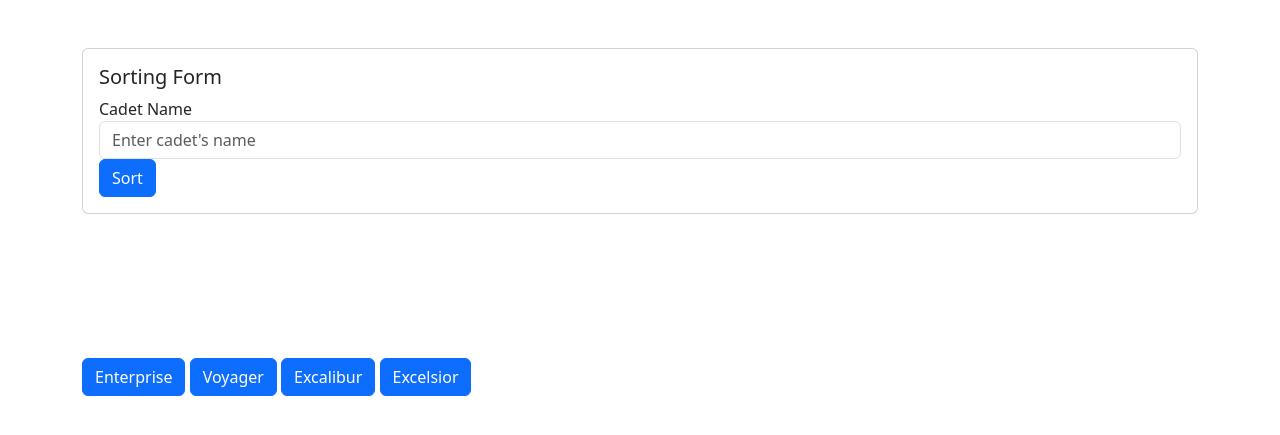
Repository: PaulPatterson48/ASSIGNMENT-StarFleet_academy
Page: index.html
The author's editor kept a copy of each file at every save. The page is drawn from the files as they stood at one save, then again after the next save.
The browser window is 1280 px wide. The pictures show the whole page.
After loading, the first visible `#startSortingBtn` was clicked once.

Above is the page before, as saved 2023-08-07 02:44:17.

After the next save:
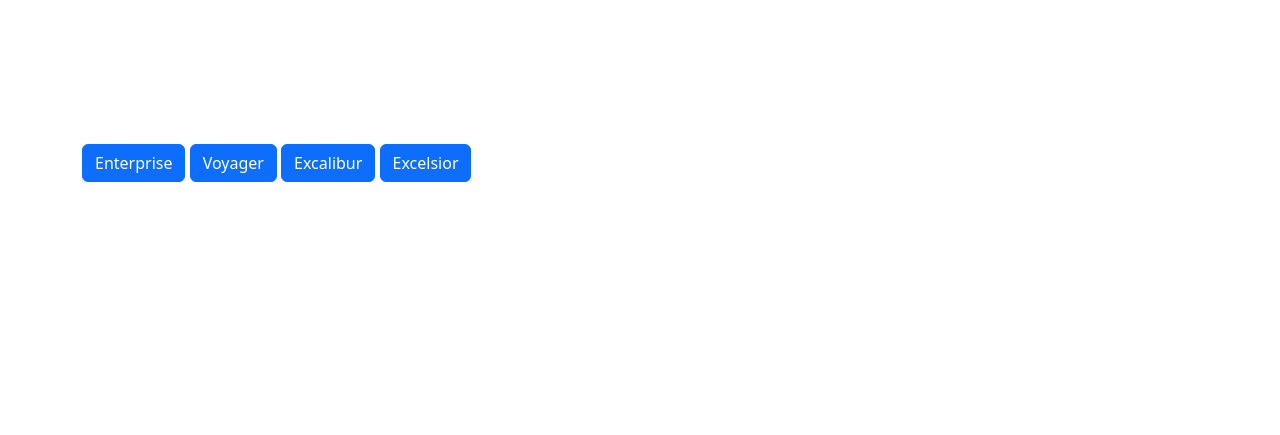
Console error: ReferenceError: container is not defined
Saved 5 min 9 s later.
--- a/main.js
+++ b/main.js
@@ -77,7 +77,7 @@
 
 function startSorting() {
   document.getElementById('sortingHatCard').classList.add('d-none');
-  document.getElementById('sortingForm').classList.remove('d-none');
+  document.getElementById('sortingForm').appendChild(container);
 }
 
 function shuffleShips() {

After the save that followed:
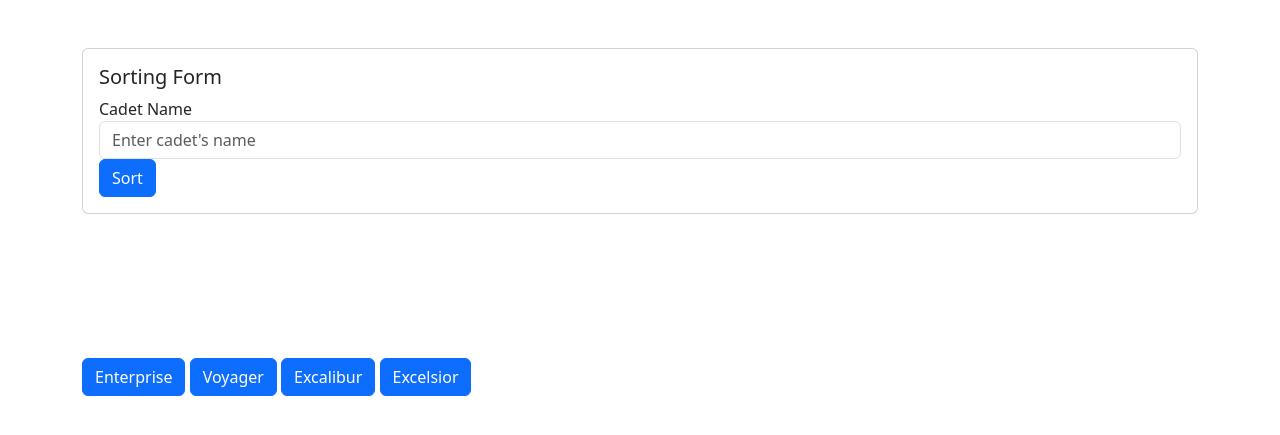
The error is gone.
Saved 40 s later.
--- a/main.js
+++ b/main.js
@@ -77,7 +77,7 @@
 
 function startSorting() {
   document.getElementById('sortingHatCard').classList.add('d-none');
-  document.getElementById('sortingForm').appendChild(container);
+  document.getElementById('sortingForm').classList.remove('d-none');
 }
 
 function shuffleShips() {
